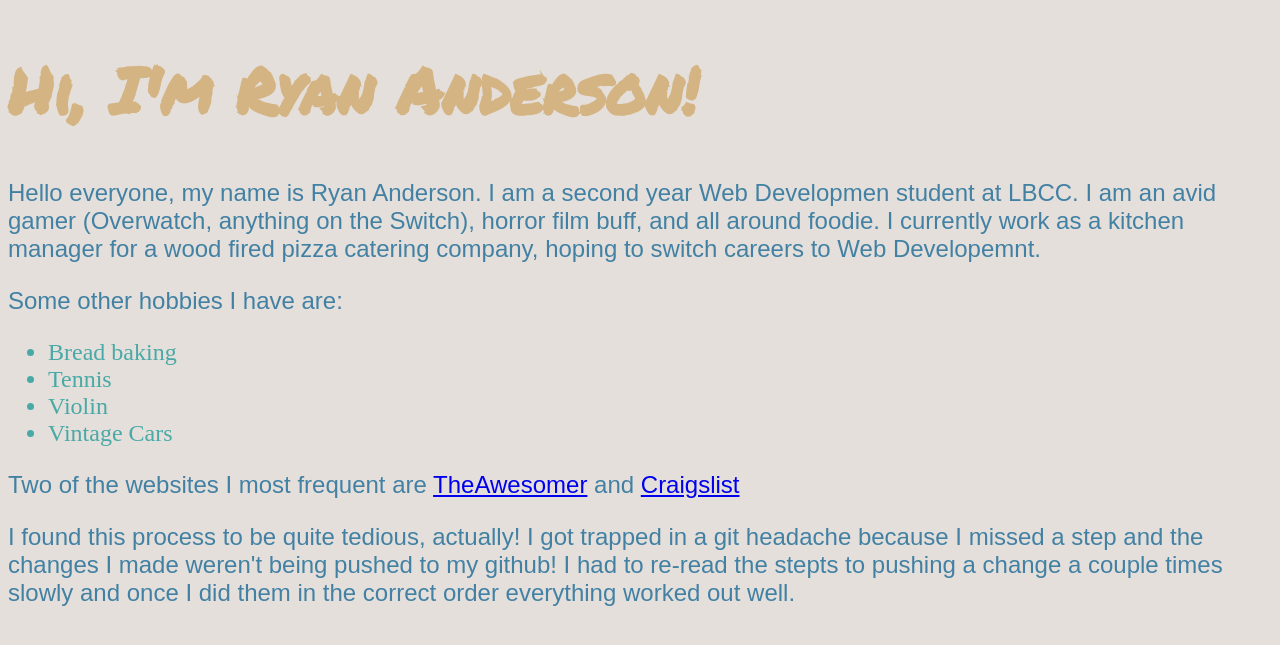
Repository: ryanaanderson0/COSW30
Page: http://localhost/Labwork/Lab1.php
The author's editor kept a record of every edit. The page is drawn from the files as they stood at one moment, then again after the next edit.
The browser window is 1280 px wide. The pictures show the whole page.
The page is run by PHP 8.4 with error messages shown; the project is at /var/www/html/.

Above is the page before.

After the next edit:
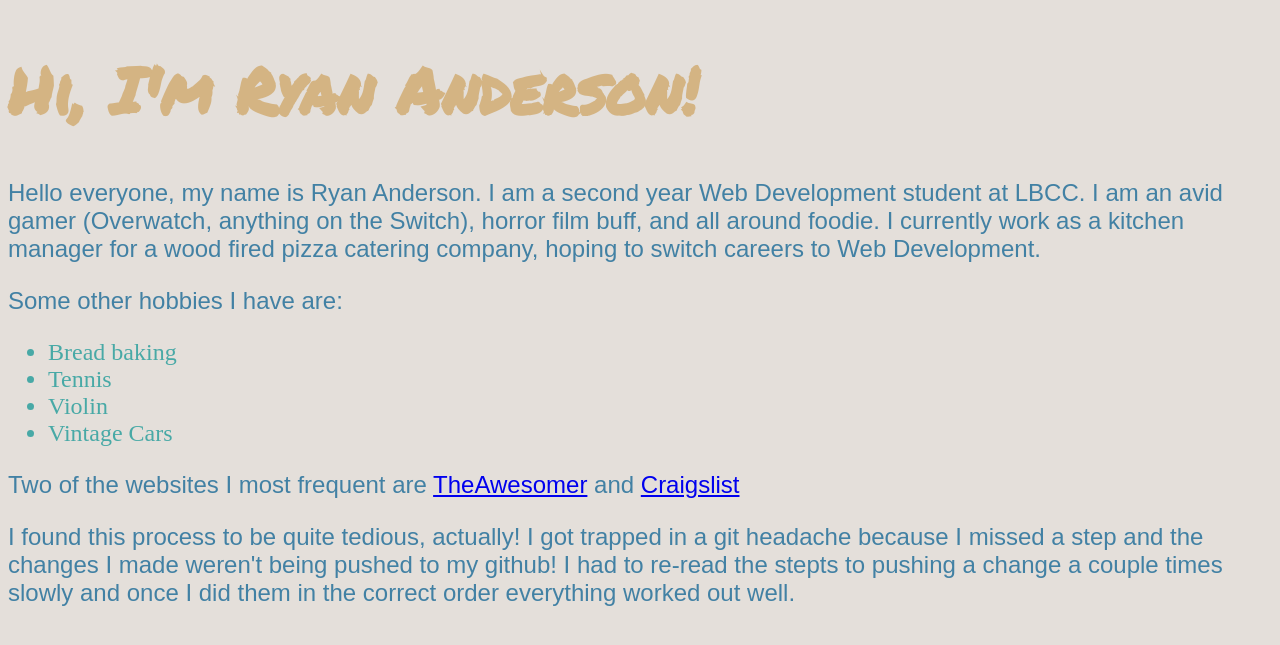
The edit:
--- a/Labwork/Lab1.php
+++ b/Labwork/Lab1.php
@@ -29,7 +29,7 @@
     </head>
     <body>
         <h1>Hi, I'm Ryan Anderson!</h1>
-        <p>Hello everyone, my name is Ryan Anderson. I am a second year Web Developmen student at LBCC. I am an avid gamer (Overwatch, anything on the Switch), horror film buff, and all around foodie. I currently work as a kitchen manager for a wood fired pizza catering company, hoping to switch careers to Web Developemnt. </p>
+        <p>Hello everyone, my name is Ryan Anderson. I am a second year Web Development student at LBCC. I am an avid gamer (Overwatch, anything on the Switch), horror film buff, and all around foodie. I currently work as a kitchen manager for a wood fired pizza catering company, hoping to switch careers to Web Development. </p>
 
         <p>Some other hobbies I have are:</p>
 
